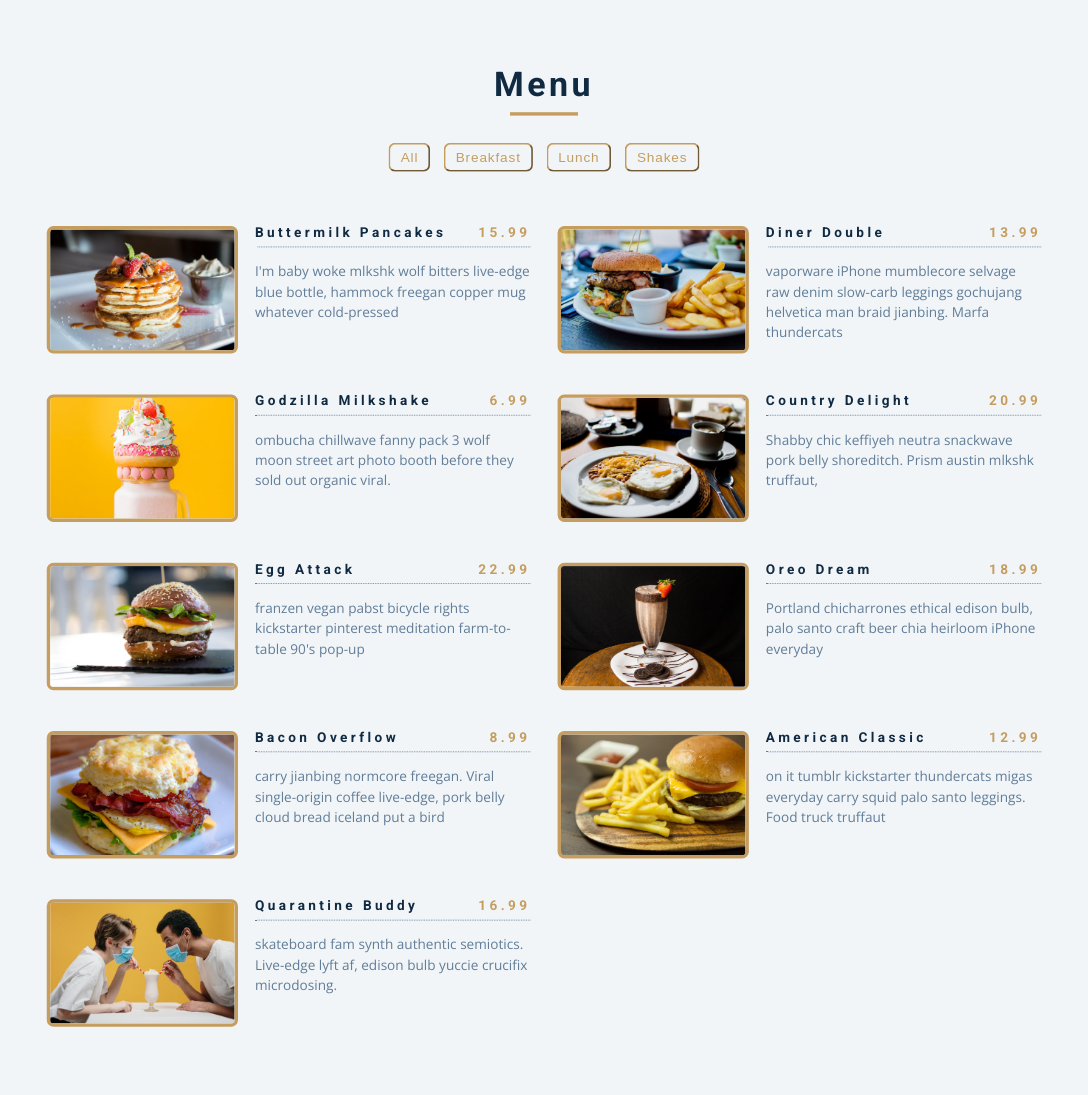
Repository: spidero7/Menu
Page: index.html
The author's editor kept a copy of each file at every save. The page is drawn from the files as they stood at one save, then again after the next save.
The browser window is 1280 px wide. The pictures show the whole page, at 85% of full size.
Some web libraries are served in a nearby version.

Above is the page before, as saved 2021-10-02 07:46:30.

After the next save:
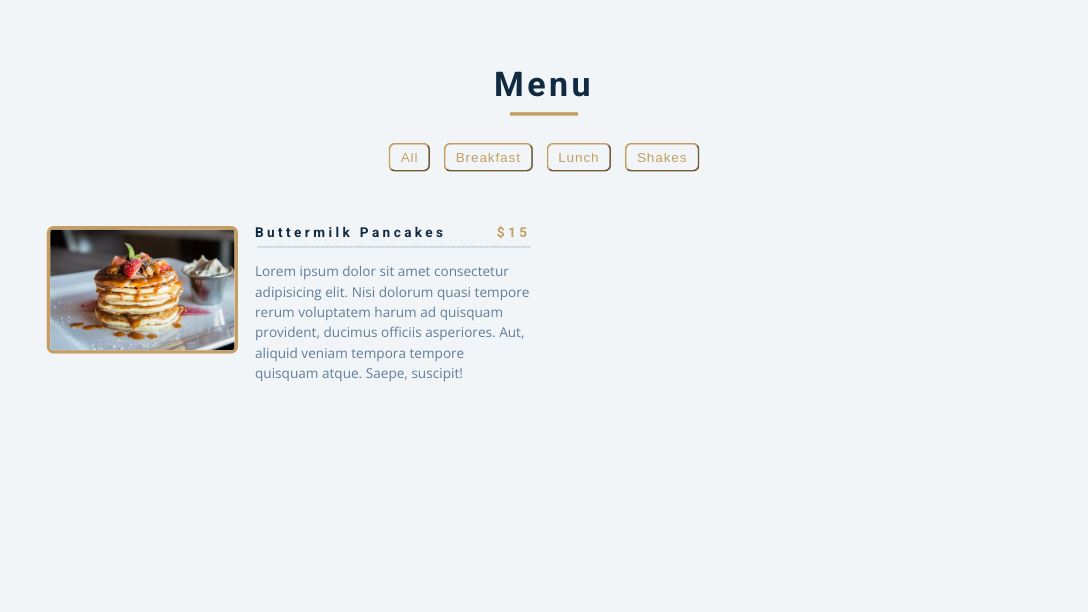
Console error: SyntaxError: missing ) after argument list
Saved 111 s later.
--- a/app.js
+++ b/app.js
@@ -85,7 +85,7 @@
 // filter items
 filterButtons.forEach(button => {
   button.addEventListener('click', function(e) {
-    console.log(e.currentTarget.dataset.id);
+    console.log(e.currentTarget.dataset.id;
   });
 })
 

After the 4 saves that followed:
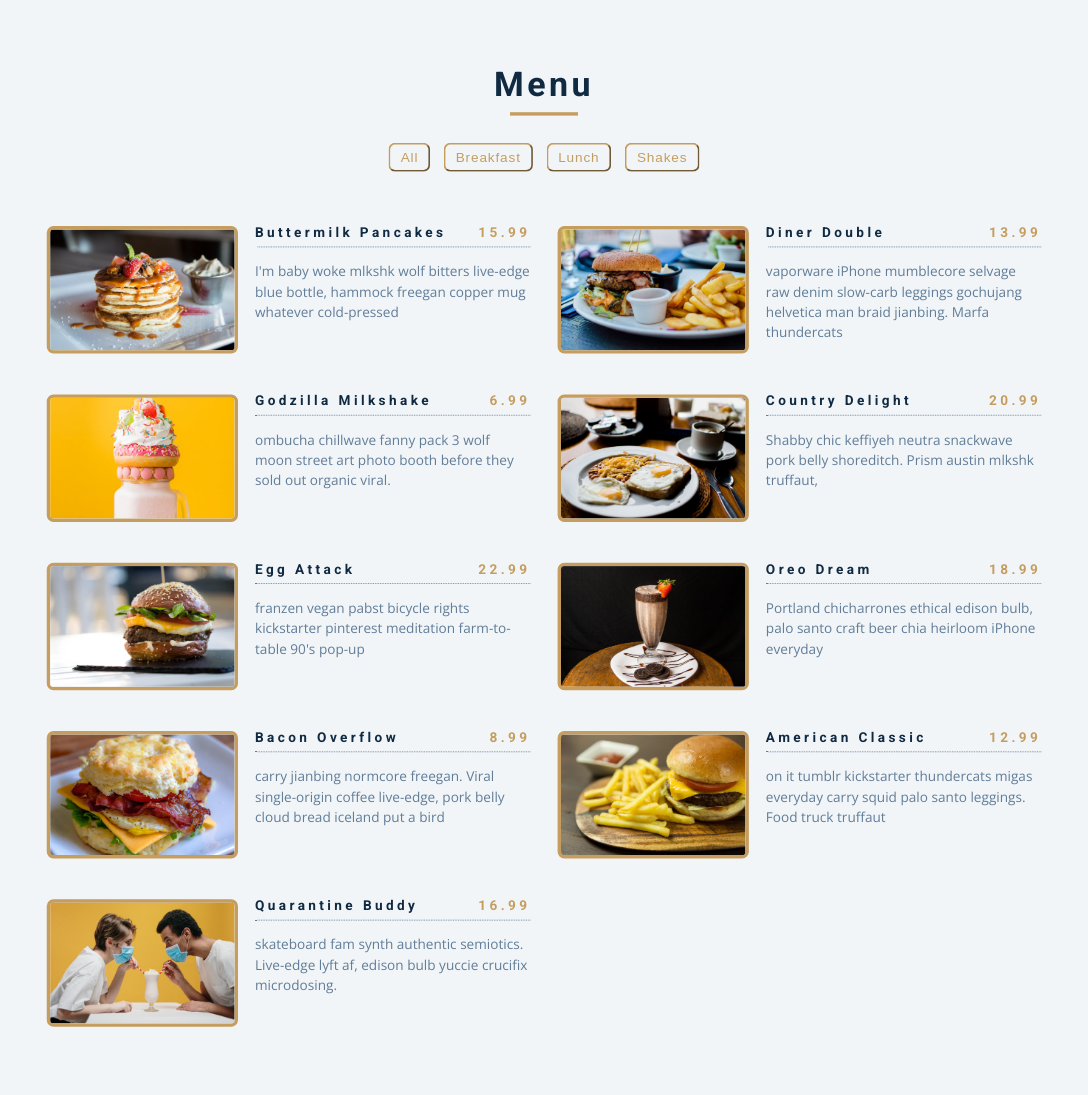
The error is gone.
The 4 saves are shown as one change because 2 left the picture as it was and some came seconds apart.
The last was saved 20 s later.
--- a/app.js
+++ b/app.js
@@ -85,7 +85,7 @@
 // filter items
 filterButtons.forEach(button => {
   button.addEventListener('click', function(e) {
-    console.log(e.currentTarget.dataset.id;
+    const category = e.currentTarget.dataset.id;
   });
 })
 
